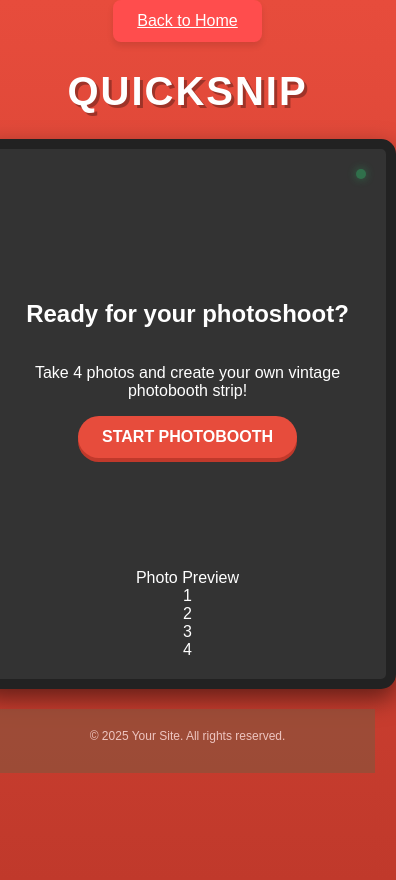
Repository: Strawb3rryjam/QuickSnip
Page: photobooth.html
These files come from the project's save history. The page is drawn as it stood at one moment and after the next save; the edit follows.
The browser window is 375 px wide. The page is 396 px wide, so the pictures cover 396 px, including what lies to the right of the window. The pictures show the whole page.
Some web fonts or font styles are not loaded; a fallback is used.

Above is the page before, as saved 2025-05-08 16:37:20.

### photobooth.html
<!DOCTYPE html>
<html lang="en">

<head>
    <meta charset="UTF-8">
    <meta name="viewport" content="width=device-width, initial-scale=1.0">
    <title>Retro Photobooth</title>
    <link rel="stylesheet" href="styles.css">

    <!--Font-->
    <link rel="preconnect" href="https://fonts.googleapis.com">
    <link rel="preconnect" href="https://fonts.gstatic.com" crossorigin>
    <link href="https://fonts.googleapis.com/css2?family=Titan+One&display=swap" rel="stylesheet">
</head>

<body>
    <a href="index.html" id="home" class="button">Back to Home</a>


    <h1>QUICKSNIP</h1>
    <div class="container">
        <div class="retro-light"></div>

        <div class="start-screen" id="startScreen">

            <h2>Ready for your photoshoot?</h2>
            <p>Take 4 photos and create your own vintage photobooth strip!</p>
            <button id="startButton">Start Photobooth</button>
        </div>

        <div class="camera-container" id="cameraContainer">
            <video id="camera" autoplay playsinline></video>
            <div class="countdown" id="countdown"></div>
            <div class="flash" id="flash"></div>
            <div class="loading-message" id="loadingMessage">Initializing camera...</div>
        </div>

        <!-- New preview section added here -->
        <div class="preview-container" id="previewContainer">
            <div class="preview-title">Photo Preview</div>
            <div class="preview-boxes">
                <div class="preview-box" id="preview-1">1</div>
                <div class="preview-box" id="preview-2">2</div>
                <div class="preview-box" id="preview-3">3</div>
                <div class="preview-box" id="preview-4">4</div>
            </div>
        </div>

        <div class="controls" id="cameraControls" style="display: none;">
            <button id="captureButton">Take Photos</button>
        </div>

        <div class="photostrip-container" id="photostripContainer">
            <div class="photostrip" id="photostrip">
                <div class="photostrip-branding">Retro Photobooth - April 28, 2025</div>
            </div>

            <div class="editor-tools">
                <div>
                    <h3>Border Color</h3>
                    <div class="color-picker" id="colorPicker">
                        <div class="color selected" style="background-color: white;" data-color="white"></div>
                        <div class="color" style="background-color: #ffcc00;" data-color="#ffcc00"></div>
                        <div class="color" style="background-color: #ff6b6b;" data-color="#ff6b6b"></div>
                        <div class="color" style="background-color: #48dbfb;" data-color="#48dbfb"></div>
                        <div class="color" style="background-color: #1dd1a1;" data-color="#1dd1a1"></div>
                        <div class="color" style="background-color: #f368e0;" data-color="#f368e0"></div>
                        <div class="color" style="background-color: #ff9f43;" data-color="#ff9f43"></div>
                        <div class="color" style="background-color: black;" data-color="black"></div>
                    </div>
                </div>

                <div>
                    <h3>Add Stickers</h3>
                    <div class="stickers" id="stickerPicker">
                        <div class="sticker">⭐</div>
                        <div class="sticker">❤️</div>
                        <div class="sticker">🌈</div>
                        <div class="sticker">😎</div>
                        <div class="sticker">🎉</div>
                        <div class="sticker">✨</div>
                        <div class="sticker">💯</div>
                        <div class="sticker">🔥</div>
                        <div class="sticker">👑</div>
                        <div class="sticker">🦄</div>
                    </div>
                </div>

                <button id="downloadButton">Download Photostrip</button>
                <button id="resetButton">Take New Photos</button>
            </div>
        </div>
    </div>

    <footer id="copyright">
        © 2025 Your Site. All rights reserved.
    </footer>

    <script src="https://cdnjs.cloudflare.com/ajax/libs/html2canvas/1.4.1/html2canvas.min.js"></script>
    <script src="scripts.js"></script>
    <script src="https://cdnjs.cloudflare.com/ajax/libs/html2canvas/1.4.1/html2canvas.min.js"></script>

</body>

</html>

### styles.css


body {
  font-family: 'titan-one-regular', sans-serif;
  background-color: #f0f0f0;
  margin: 0;
  padding: 0;
  padding-bottom: 80px;
  display: flex;
  flex-direction: column;
  align-items: center;
  min-height: 100vh;
  background-image: linear-gradient(to bottom, #e74c3c, #c0392b);
  color: white;
  text-align: center;
}

h1 {
  font-family: 'titan-one-regular', sans-serif;
  letter-spacing: 2px;
  font-size: 2.5rem;
  text-shadow: 3px 3px 0px rgba(0, 0, 0, 0.3);
  margin-bottom: 5px;
}


.photobooth-exterior {
  position: relative;
  width: 100vw;
  height: 100vh;
  overflow: hidden;
  display: flex;
  justify-content: center;
  align-items: center;
}



.entrance {
  position: absolute;
  top: 0;
  left: 0;
  width: 100%;
  height: 100%;
  object-fit: cover;
  object-position: center;
  z-index: -1;
}




#curtain {
  position: absolute;
  width: 20vw; /* Responsive width */
  height: 428px; /* Let it scale proportionally */
  left: 50%; /* Center-ish position */
  top: 35%;  /* Adjust as needed */
  transform: translate(-30%, -14%); /* Centers the image on its position point */
  object-fit: contain;
  cursor: pointer;
  z-index: 1; /* Above entrance image */
}


#home {
  background-color: #ff4d4d;
  color: white;
  border: none;
  padding: 12px 24px;
  border-radius: 8px;
  font-size: 16px;
  cursor: pointer;
  transition: background-color 0.3s ease;
  box-shadow: 0 4px 6px rgba(0, 0, 0, 0.1);
}

#home:hover {
  background-color: #e60000;
}




.container {
  max-width: 800px;
  width: 95%;
  background-color: #333;
  border-radius: 15px;
  padding: 20px;
  box-shadow: 0 10px 25px rgba(0, 0, 0, 0.5);
  margin: 20px 0;
  border: 10px solid #222;
  position: relative;
}

.start-screen {
  display: flex;
  flex-direction: column;
  align-items: center;
  justify-content: center;
  height: 400px;
}

.camera-container {
  position: relative;
  margin: 0 auto;
  width: 100%;
  max-width: 640px;
  border-radius: 8px;
  overflow: hidden;
  display: none;
}

#camera {
  width: 100%;
  height: auto;
  background-color: #222;
  border-radius: 8px;
  transform: scaleX(-1);
}

.controls {
  margin-top: 20px;
  display: flex;
  justify-content: center;
  flex-wrap: wrap;
  gap: 10px;
}

button {
  background-color: #e74c3c;
  color: white;
  border: none;
  padding: 12px 24px;
  font-size: 16px;
  border-radius: 30px;
  cursor: pointer;
  transition: all 0.3s;
  font-weight: bold;
  box-shadow: 0 4px 0 #c0392b;
  text-transform: uppercase;
}

button:hover {
  background-color: #c0392b;
  box-shadow: 0 2px 0 #9e2a1e;
  transform: translateY(2px);
}

button:active {
  transform: translateY(4px);
  box-shadow: none;
}

button:disabled {
  background-color: #999;
  box-shadow: none;
  cursor: not-allowed;
}

.countdown {
  position: absolute;
  top: 50%;
  left: 50%;
  transform: translate(-50%, -50%);
  font-size: 8rem;
  color: white;
  text-shadow: 0 0 10px #000;
  opacity: 0.8;
  display: none;
}

.flash {
  position: absolute;
  top: 0;
  left: 0;
  width: 100%;
  height: 100%;
  background-color: white;
  opacity: 0;
  transition: opacity 0.1s;
}

.photostrip-container {
  display: none;
  flex-direction: column;
  align-items: center;
  width: 100%;
}

.photostrip {
  display: flex;
  flex-direction: column;
  gap: 10px;
  background-color: white;
  padding: 20px;
  width: 240px;
  border-radius: 5px;
  box-shadow: 0 0 10px rgba(0,0,0,0.5);
  margin-bottom: 20px;
  position: relative;
}

.photostrip img {
  width: 100%;
  height: auto;
  border: 1px solid #ddd;
}

.photostrip-branding {
  color: #333;
  font-size: 12px;
  margin-top: 10px;
  text-align: center;
  font-family: 'Courier New', monospace;
}

.editor-tools {
  display: flex;
  flex-wrap: wrap;
  justify-content: center;
  gap: 10px;
  margin-top: 20px;
  width: 100%;
}

.color-picker {
  display: flex;
  flex-wrap: wrap;
  justify-content: center;
  gap: 5px;
  margin-bottom: 15px;
}

.color {
  width: 30px;
  height: 30px;
  border-radius: 50%;
  cursor: pointer;
  border: 2px solid transparent;
  transition: transform 0.2s;
}

.color:hover {
  transform: scale(1.2);
}

.color.selected {
  border: 2px solid white;
  box-shadow: 0 0 5px rgba(0,0,0,0.5);
}

.stickers {
  display: flex;
  flex-wrap: wrap;
  justify-content: center;
  gap: 10px;
  margin-bottom: 15px;
}

.sticker {
  font-size: 24px;
  cursor: pointer;
  background-color: rgba(255, 255, 255, 0.2);
  border-radius: 5px;
  padding: 5px;
  transition: transform 0.2s;
}

.sticker:hover {
  transform: scale(1.2);
}

.draggable-sticker {
  position: absolute;
  cursor: move;
  user-select: none;
  font-size: 24px;
}

.retro-light {
  position: absolute;
  width: 10px;
  height: 10px;
  background-color: #2ecc71;
  border-radius: 50%;
  top: 20px;
  right: 20px;
  box-shadow: 0 0 10px #2ecc71;
  animation: blink 2s infinite;
}

@keyframes blink {
  0%, 100% { opacity: 1; }
  50% { opacity: 0.4; }
}

.loading-message {
  font-size: 1.2rem;
  margin-bottom: 20px;
  animation: pulse 1.5s infinite;
}

@keyframes pulse {
  0%, 100% { opacity: 1; }
  50% { opacity: 0.5; }
}

#copyright {
  font-size: 12px;
  opacity: 0.7;
  text-align: center;
  background-color: #8C523B;
  padding: 20px 0 30px;
  width: 100%;
}


/* Photostrip printing animation */
@keyframes slideDown {
  0% {
    transform: translateY(-100%);
    filter: brightness(0);
  }
  30% {
    transform: translateY(0);
    filter: brightness(0);
  }
  100% {
    transform: translateY(0);
    filter: brightness(1);
  }
}

.photostrip {
  display: flex;
  flex-direction: column;
  gap: 10px;
  background-color: white;
  padding: 20px;
  width: 240px;
  border-radius: 5px;
  box-shadow: 0 0 10px rgba(0,0,0,0.5);
  margin-bottom: 20px;
  position: relative;
}

.photostrip.printing {
  animation: slideDown 3s ease-out forwards;
}

.photostrip.printing img {
  opacity: 0;
  animation: fadeIn 0.5s ease-out forwards;
}

/* Different delay for each photo to create sequential revealing effect */
.photostrip.printing img:nth-child(1) {
  animation-delay: 1.2s;
}

.photostrip.printing img:nth-child(2) {
  animation-delay: 1.7s;
}

.photostrip.printing img:nth-child(3) {
  animation-delay: 2.2s;
}

.photostrip.printing img:nth-child(4) {
  animation-delay: 2.7s;
}

.photostrip-branding.printing {
  opacity: 0;
  animation: fadeIn 0.5s ease-out forwards;
  animation-delay: 3s;
}

@keyframes fadeIn {
  from { opacity: 0; }
  to { opacity: 1; }
}

/* Printer sound effect styles */
.printer-sound {
  display: none;
}

/* Printing overlay effect */
.printing-overlay {
  position: fixed;
  top: 0;
  left: 0;
  width: 100%;
  height: 100%;
  background-color: rgba(0, 0, 0, 0.7);
  display: flex;
  justify-content: center;
  align-items: center;
  z-index: 1000;
  opacity: 0;
  pointer-events: none;
  transition: opacity 0.5s ease;
}

.printing-overlay.active {
  opacity: 1;
  pointer-events: auto;
}

.printing-message {
  font-size: 2rem;
  color: white;
  text-align: center;
  animation: pulse 1.5s infinite;
}

### scripts.js
document.addEventListener("DOMContentLoaded", () => {
  // Existing code remains the same...

  // Add new DOM element reference
  const previewContainer = document.getElementById("previewContainer");

  // Update the initCamera function to show the preview container
  async function initCamera() {
    startScreen.style.display = "none";
    cameraContainer.style.display = "block";

    // Show the preview container when camera initializes
    if (previewContainer) {
      previewContainer.style.display = "block";
    }

    try {
      stream = await navigator.mediaDevices.getUserMedia({
        video: {
          facingMode: "user",
          width: { ideal: 640 },
          height: { ideal: 480 },
        },
        audio: false,
      });

      camera.srcObject = stream;
      loadingMessage.style.display = "none";
      cameraControls.style.display = "flex";
      captureButton.addEventListener("click", startPhotoSequence);
    } catch (err) {
      loadingMessage.textContent = "Camera access denied or not available :(";
      console.error("Error accessing camera:", err);
    }
  }

  // Update the takePhoto function to add thumbnail to preview
  function takePhoto() {
    // Create flash effect
    flash.style.opacity = "0.8";
    setTimeout(() => {
      flash.style.opacity = "0";
    }, 100);

    // Create the canvas to capture the photo
    const canvas = document.createElement("canvas");
    const context = canvas.getContext("2d");

    // Set canvas dimensions to match the video
    canvas.width = camera.videoWidth;
    canvas.height = camera.videoHeight;

    // Draw the video frame on the canvas, flip horizontally
    context.translate(canvas.width, 0);
    context.scale(-1, 1);
    context.drawImage(camera, 0, 0, canvas.width, canvas.height);

    // Convert canvas to image
    const imgUrl = canvas.toDataURL("image/jpeg");

    // Add to photostrip
    photosTaken++;
    const photoElement = document.createElement("img");
    photoElement.src = imgUrl;
    photoElement.alt = `Photo ${photosTaken}`;
    photoElements.push(photoElement);

    // Update the preview box with the new photo
    updatePhotoPreview(photosTaken, imgUrl);

    // Check if we need to take more photos
    if (photosTaken < maxPhotos) {
      // Wait before next photo
      setTimeout(() => {
        isCountingDown = false;
        startCountdown();
      }, 1000);
    } else {
      // We're done taking photos
      finishPhotoSession();
    }
  }

  // New function to update the preview box
  function updatePhotoPreview(photoNumber, imageUrl) {
    const previewBox = document.getElementById(`preview-${photoNumber}`);
    if (previewBox) {
      // Clear existing content (the number)
      previewBox.innerHTML = "";

      // Create and add the thumbnail
      const thumbnail = document.createElement("img");
      thumbnail.src = imageUrl;
      thumbnail.alt = `Preview ${photoNumber}`;
      previewBox.appendChild(thumbnail);

      // Add the filled class for styling
      previewBox.classList.add("filled");
    }
  }

  // Update resetPhotobooth function to reset preview boxes
  function resetPhotobooth() {
    // Reset counters and arrays
    photosTaken = 0;
    photoElements = [];

    // Clear the photostrip
    const photos = photostrip.querySelectorAll("img");
    const stickers = photostrip.querySelectorAll(".draggable-sticker");

    photos.forEach((photo) => photo.remove());
    stickers.forEach((sticker) => sticker.remove());

    // Reset the preview boxes
    for (let i = 1; i <= maxPhotos; i++) {
      const previewBox = document.getElementById(`preview-${i}`);
      if (previewBox) {
        previewBox.innerHTML = i;
        previewBox.classList.remove("filled");
      }
    }

    // Hide preview container
    if (previewContainer) {
      previewContainer.style.display = "none";
    }

    // Remove printing classes
    photostrip.classList.remove("printing");
    const branding = photostrip.querySelector(".photostrip-branding");
    if (branding) {
      branding.classList.remove("printing");
    }

    // Reset photostrip color
    photostrip.style.backgroundColor = "white";
    colorPicker.querySelectorAll(".color").forEach((el) => {
      el.classList.remove("selected");
    });
    colorPicker.querySelector('[data-color="white"]').classList.add("selected");

    // Hide photostrip and show start screen
    photostripContainer.style.display = "none";
    startScreen.style.display = "flex";

    // Reset buttons
    captureButton.disabled = false;
    isCountingDown = false;
  }
});

After the next save:
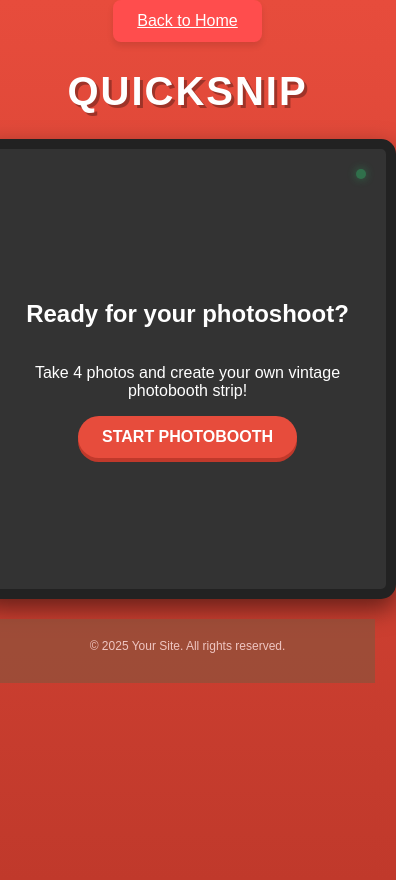
Saved 7 s later.
--- a/styles.css
+++ b/styles.css
@@ -1,5 +1,3 @@
-
-
 body {
   font-family: 'titan-one-regular', sans-serif;
   background-color: #f0f0f0;
@@ -416,3 +414,71 @@
   text-align: center;
   animation: pulse 1.5s infinite;
 }
+
+/* New styles for the preview section */
+.preview-container {
+  margin: 20px auto 0;
+  padding: 10px;
+  border-radius: 8px;
+  background-color: #444;
+  width: 90%;
+  max-width: 640px;
+  display: none; /* Initially hidden, will be shown when camera is active */
+}
+
+.preview-title {
+  font-size: 1rem;
+  margin-bottom: 10px;
+  color: #fff;
+  text-transform: uppercase;
+  letter-spacing: 1px;
+}
+
+.preview-boxes {
+  display: flex;
+  justify-content: space-between;
+  gap: 10px;
+}
+
+.preview-box {
+  width: 60px;
+  height: 60px;
+  background-color: #222;
+  border: 2px dashed #666;
+  border-radius: 4px;
+  display: flex;
+  justify-content: center;
+  align-items: center;
+  color: #888;
+  font-size: 1.2rem;
+  overflow: hidden;
+}
+
+.preview-box img {
+  width: 100%;
+  height: 100%;
+  object-fit: cover;
+}
+
+/* Animation for new preview */
+@keyframes previewPop {
+  0% { transform: scale(0.5); filter: brightness(0.5); }
+  70% { transform: scale(1.1); }
+  100% { transform: scale(1); filter: brightness(1); }
+}
+
+.preview-box.filled {
+  animation: previewPop 0.5s ease-out forwards;
+  border-style: solid;
+  border-color: #e74c3c;
+  color: transparent;
+}
+
+/* Responsive adjustments */
+@media (max-width: 480px) {
+  .preview-box {
+    width: 45px;
+    height: 45px;
+    font-size: 1rem;
+  }
+}

After the save that followed:
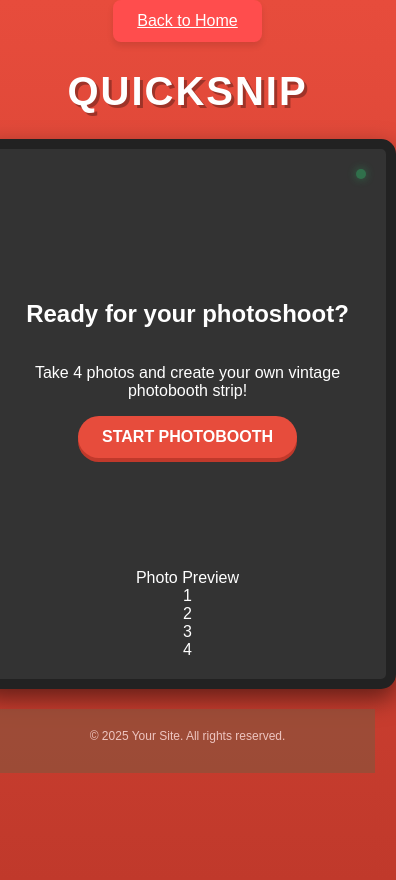
Saved 2 min 6 s later.
--- a/styles.css
+++ b/styles.css
@@ -1,3 +1,5 @@
+
+
 body {
   font-family: 'titan-one-regular', sans-serif;
   background-color: #f0f0f0;
@@ -414,71 +416,3 @@
   text-align: center;
   animation: pulse 1.5s infinite;
 }
-
-/* New styles for the preview section */
-.preview-container {
-  margin: 20px auto 0;
-  padding: 10px;
-  border-radius: 8px;
-  background-color: #444;
-  width: 90%;
-  max-width: 640px;
-  display: none; /* Initially hidden, will be shown when camera is active */
-}
-
-.preview-title {
-  font-size: 1rem;
-  margin-bottom: 10px;
-  color: #fff;
-  text-transform: uppercase;
-  letter-spacing: 1px;
-}
-
-.preview-boxes {
-  display: flex;
-  justify-content: space-between;
-  gap: 10px;
-}
-
-.preview-box {
-  width: 60px;
-  height: 60px;
-  background-color: #222;
-  border: 2px dashed #666;
-  border-radius: 4px;
-  display: flex;
-  justify-content: center;
-  align-items: center;
-  color: #888;
-  font-size: 1.2rem;
-  overflow: hidden;
-}
-
-.preview-box img {
-  width: 100%;
-  height: 100%;
-  object-fit: cover;
-}
-
-/* Animation for new preview */
-@keyframes previewPop {
-  0% { transform: scale(0.5); filter: brightness(0.5); }
-  70% { transform: scale(1.1); }
-  100% { transform: scale(1); filter: brightness(1); }
-}
-
-.preview-box.filled {
-  animation: previewPop 0.5s ease-out forwards;
-  border-style: solid;
-  border-color: #e74c3c;
-  color: transparent;
-}
-
-/* Responsive adjustments */
-@media (max-width: 480px) {
-  .preview-box {
-    width: 45px;
-    height: 45px;
-    font-size: 1rem;
-  }
-}
